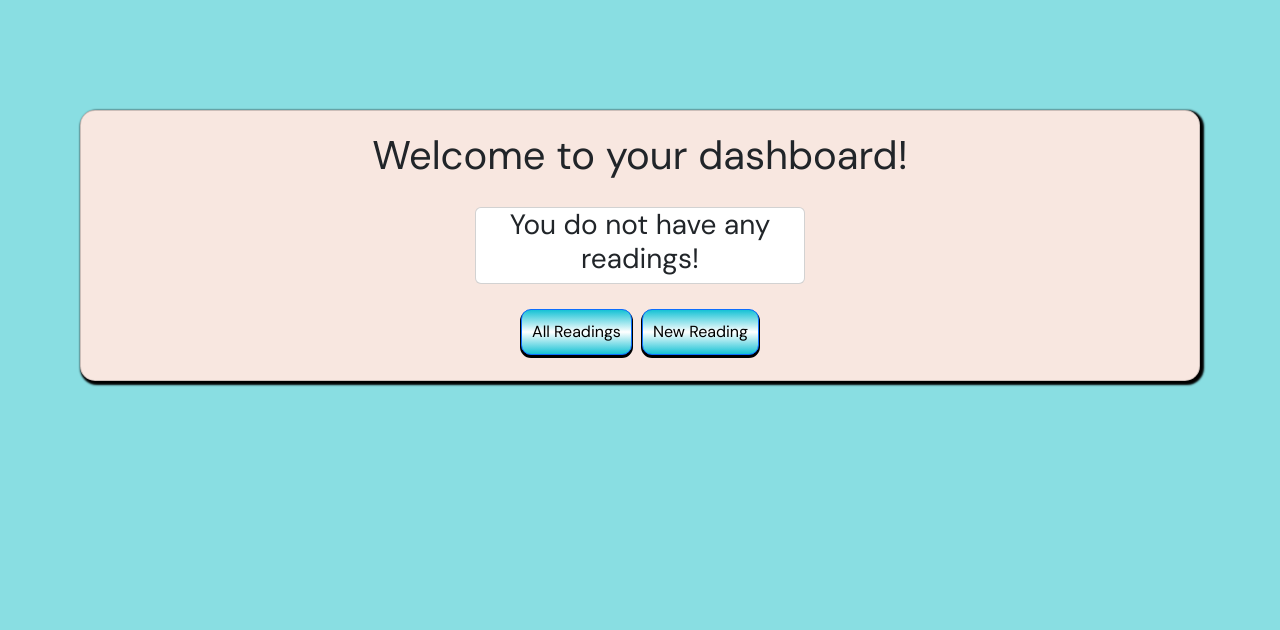
Repository: aiodell/my-glucose-checkup
Page: /dashboard (app in client/)
An editor plug-in stored every save of this project. The page is shown before and after the next save, followed by the edit.
The browser window is 1280 px wide. The pictures show the whole page.
The page's requests for data from a server got no answer. The project was rebuilt for these pictures with package versions that can differ from the ones it lists, and the page was loaded fresh each time. No one was signed in, and anything a server would have sent is missing. Also part of the build but not shown: client/src/components/Login.js, client/src/components/Signup.js, client/src/components/AllReadings.js, client/src/components/NewReading.js, client/src/components/Home.js, client/src/components/BglUpdateForm.js, client/src/components/BglEventDetails.js, client/src/components/NewBglEvent.js and 8 more.

Above is the page before, as saved 2022-10-06 07:15:57.

### client/src/index.js
import React from 'react';
import ReactDOM from 'react-dom/client';
import {BrowserRouter as Router} from "react-router-dom";
import 'bootstrap/dist/css/bootstrap.min.css';
import App from './App';

const root = ReactDOM.createRoot(document.getElementById('root'));
root.render(
  <React.StrictMode>
  <Router>
    <App />
  </Router>
  </React.StrictMode>
);

### client/src/App.js
import { useState, useEffect } from "react"
import { Switch, Route, useHistory } from "react-router-dom"
import NavBar from "./components/NavBar"
import Login from "./components/Login"
import Signup from "./components/Signup"
import Dashboard from "./components/Dashboard"
import AllReadings from "./components/AllReadings"
import NewReading from "./components/NewReading"
import Home from "./components/Home"
import BglEventDetails from "./components/BglEventDetails"
import NewBglEvent from "./components/NewBglEvent"
import Events from "./components/Events"
import UserProfile from "./components/UserProfile"
import CreateProfile from "./components/CreateProfile"
import AllUsers from "./components/AllUsers"
import './styles.css'

const App = () => {
  const [currentUser, setCurrentUser] = useState("")
  const [readings, setReadings] = useState([])
  const [events, setEvents] = useState([])
  const [users, setUsers] = useState([])
  const [following, setFollowing] = useState([])
  const history = useHistory()

  useEffect( () => {
    fetch(`/auto-login`)
    .then((r) => {
      if (r.ok) {
        r.json().then((user) => setCurrentUser(user))
      }else{
        history.push("/login")
      }
    })
  }, [ ])

	useEffect(() => {
		fetch("/events")
		.then((r) => r.json())
		.then(setEvents)
	}, [])

  useEffect(() => {
		fetch("/bgls")
		.then((r) => r.json())
		.then(setReadings)
	}, [])

  useEffect(() => {
    fetch("/users")
    .then((r) => r.json())
    .then(setUsers)
  }, [])

  useEffect(() => {
    fetch("/relationships")
    .then((r) => r.json())
    .then(setFollowing)
  }, [])

  const updateUser = (user) => setCurrentUser(user)

  const addNewReading = (newReading) => {setReadings(readings => [...readings, newReading])}

  const deleteReading = (deletedReading) => {
    setReadings((readings) => readings.filter((reading) => reading.id !== deletedReading))
  }

  const deleteEvent = (deletedEvent) => {
    setEvents((events) => events.filter((event) => event.id !== deletedEvent))
  }

  const updateBgl = (updatedBgl) => {
    setReadings((readings) => readings.map(bgl => bgl.id === updatedBgl.id ? updatedBgl : bgl))
  }

  // add follower to list
  const addNewFollow = (newFollow) => {
    setFollowing(following => [...following, newFollow])
    const copyOfCurrentUser = {...currentUser}
    copyOfCurrentUser.followees.push(newFollow)
    setCurrentUser(copyOfCurrentUser)
  }

  // delete follower from the list
  const deleteFollow = (deletedFollow) => {
    setFollowing((following) => following.filter((following) => following.id !== deletedFollow))
  }

  const removeCurrentFollowing = (deletedFollowee) => {
    const copyOfCurrentUser = {...currentUser}
    copyOfCurrentUser.followees = copyOfCurrentUser.followees.filter(followee => followee.followee_id !== deletedFollowee.followee_id)
    setCurrentUser(copyOfCurrentUser)
  }

   return (
   <div>
    <NavBar
      currentUser = {currentUser}
      updateUser = {updateUser}
    />
    <Switch>
      <Route exact path = "/login">
        <Login updateUser = {updateUser}/>
      </Route>
      <Route exact path = "/signup">
        <Signup />
      </Route>
      <Route exact path = "/dashboard">
        <Dashboard
        currentUser = {currentUser}
        readings = {readings}
        setReadings = {setReadings}
        following = {following}  // will be used to display the highs and lows of a user being followed
        users = {users}
        />
      </Route>
      <Route exact path= "/bgls/all">
        <AllReadings
        readings = {readings}
        setReadings = {setReadings}
        />
      </Route>
      <Route exact path= "/bgls/new">
        <NewReading addNewReading= {addNewReading} />
      </Route>
      <Route exact path= "/bgls/:id/">
        <BglEventDetails
          updateBgl = {updateBgl}
          deleteReading= {deleteReading}
          readings = {readings}
        />
      </Route>
      <Route exact path="/bgls/:id/bgl_events/new">
        <NewBglEvent events= {events}/>
      </Route>
      <Route exact path="/events">
        <Events
          deleteEvent = {deleteEvent}
          events = {events}
          setEvents = {setEvents}
        />
      </Route>
      <Route exact path= "/me">
        <UserProfile
        currentUser = {currentUser}
        users = {users}
        />
      </Route>
      <Route exact path = "/create-profile">
        <CreateProfile />
      </Route>
      <Route exact path= "/users">
        <AllUsers
        currentUser = {currentUser}
        users = {users}
        addNewFollow = {addNewFollow}
        deleteFollow = {deleteFollow}
        removeCurrentFollowing ={removeCurrentFollowing}
        />
      </Route>
      <Route exact path="/">
        <Home
        currentUser = {currentUser}
        setCurrentUser = {setCurrentUser}/>
      </Route>
    </Switch>
   </div>
  )
}

export default App;

### client/src/components/NavBar.js
import { useHistory, NavLink } from 'react-router-dom'
import Container from "react-bootstrap/Container"
import Nav from 'react-bootstrap/Nav';
import Navbar from 'react-bootstrap/Navbar';
import '../styles.css';

const NavBar = ({updateUser, currentUser}) => {
	const history = useHistory()

	// log out only available when logged in
	const handleLogout = (e) => {
		fetch(`/logout`, {
			method: 'DELETE'
		})
		.then(() => {
			updateUser("")
			history.push('/')
		})
	}

	return(
		<>
		{currentUser ?
			<Navbar bg="dark" variant="dark" expand="lg">
			<Container className="nav-bar">
				<Navbar.Brand>My Glucose Checkup</Navbar.Brand>
				<Navbar.Toggle aria-controls="basic-navbar-nav" />
				<Navbar.Collapse id="basic-navbar-nav"></Navbar.Collapse>
					<Nav className="me-auto">
						<NavLink className="nav-link" to="/dashboard">
							<Nav.Item>Dashboard</Nav.Item>
						</NavLink>
						<NavLink className="nav-link" to="/bgls/all">
							<Nav.Item>My BGLs</Nav.Item>
						</NavLink>
						<NavLink className="nav-link" to="/bgls/new">
							<Nav.Item>New Reading</Nav.Item>
						</NavLink>
						<NavLink className="nav-link" to="/me">
							<Nav.Item>My Account</Nav.Item>
						</NavLink>
						<NavLink className="nav-link" to="/users">
							<Nav.Item>All Users</Nav.Item>
						</NavLink>
						<Nav.Link onClick={handleLogout}>Logout</Nav.Link>
					</Nav>
			</Container>
		</Navbar> : null }
		</>
	)
}

export default NavBar

### client/src/components/Dashboard.js
import { useState, useEffect } from "react"
import {useHistory, Link, NavLink } from "react-router-dom"
import Container from "react-bootstrap/Container"
import Card from "react-bootstrap/Card"
import Button from "react-bootstrap/Button"
import Col from 'react-bootstrap/Col';
import Row from 'react-bootstrap/Row';

const Dashboard = ({currentUser}) => {
	const[readings, setReadings] = useState([])
	const[errors, setErrors] = useState([])
	const history= useHistory()

	// get the bgls for the user
	useEffect(() => {
		fetch("/bgls")
		.then(r => {
			if(r.ok){
				r.json().then(data => setReadings(data))
			}else{
				r.json().then(data => {
					setErrors(data.errors)
					history.push("/login")
				})
			}
		})
	}, [ ])

	// sort the highest, lowest, and most current value
	const lowestValue = [...readings].sort((a,b) => a.value - b.value)
	const highestValue = [...readings].sort((a,b) => b.value - a.value)
	const highestId =[...readings].sort((a,b) => b.id - a.id)

	const average = (arr) => {
		const { length } = arr
		return arr.reduce((acc, val) => {
			return acc + (val.value/length)
		}, 0)
	}

	const renderAverage = parseInt(average(readings))

	const renderLowest = lowestValue.slice(0,1).map((num) => {
		return(
			<Card>
				<h2 key={num.id}> Lowest: {num.value}</h2>
			<Link to= {`/bgls/${num.id}`} className="small-link"> View Details</Link>
			</Card>
		)
	})

	const renderHighest = highestValue.slice(0,1).map((num)=> {
		return(
			<Card>
				<h2 key={num.id}> Highest: {num.value}</h2>
				<Link to= {`/bgls/${num.id}`} className="small-link"> View Details</Link>
			</Card>
		)
	})

	const renderCurrent = highestId.slice(0,1).map((num) => {
		return(
		<>
			<Card >
				<Card.Body as="h1" key={num.id}> {num.value} </Card.Body>
			</Card>
			<Link to= {`/bgls/${num.id}`} className="small-link"> View Details</Link>
		</>
		)
	})

	// will return a dashboard alongside any highs and lows of followed users
	return(
		<Container className="container-style">
			{errors ? errors.map(e => <section>{e}</section>):null}
			<Card className="dash-container">
				{currentUser.first_name ? <h1 className="dash-title">
					Welcome to your dashboard, {currentUser.first_name} </h1>
					: <h1>Welcome to your dashboard!</h1> }
				{currentUser.admin ?
				<>
					<Row>
						<p>You are in admin mode</p>
							{renderCurrent}
					</Row>
					<Row className="low-high-avg">
						<Col>{renderLowest}</Col>
						<Col>
							<Card className="average-bgls">
							{renderAverage === 0 ? <h3> You do not have any readings!</h3> :
								<h2> Average: {renderAverage}</h2>
							}
							</Card>

						</Col>
						<Col>{renderHighest}</Col>
					</Row>
					<div>
						<NavLink to="/events">
							<Button className="btns" >All Events</Button>
						</NavLink>
						<NavLink to="/bgls/all">
							<Button className="btns">All Test Readings</Button>
						</NavLink>
						<NavLink to="/bgls/new">
							<Button className="btns">New Test Reading</Button>
						</NavLink>
					</div>
					<div>
						{/* Add updates from followed users here */}
					</div>
				</> :
				<>
					<Row>
						{renderCurrent}
					</Row>
						<Row className="low-high-avg">
							<Col>{renderLowest}</Col>
							<Col>
								<Card className="average-bgls">
									{renderAverage === 0 ? <h3> You do not have any readings!</h3> :
										<h2> Average: {renderAverage}</h2>
									}
								</Card>
							</Col>
							<Col>{renderHighest}</Col>
						</Row>
						<div>
							<NavLink to="/bgls/all">
								<Button className="btns">All Readings</Button>
							</NavLink>
							<NavLink to="/bgls/new">
								<Button className="btns">New Reading</Button>
							</NavLink>
						</div>
				</> }
			</Card>
		</Container>
	)
}

export default Dashboard

### client/src/styles.css
@import url('https://fonts.googleapis.com/css2?family=DM+Sans&display=swap');
@import url('https://fonts.googleapis.com/css2?family=Carter+One&family=DM+Sans&display=swap');

body {
  font-family: 'DM Sans', sans-serif;
  background-color:	#89dee2;
  margin: 0px;
}

/*Universal */
.btns {
  background-image: linear-gradient(#16c2d5, #ffffff,#16c2d5);
  color: rgb(0, 0, 0);
  padding: 10px;
  margin: 5px;
  text-align: center;
  border-radius: 10px;
  box-shadow: 0px 2px 0px 1px black;
  text-decoration: none;
}

.container-style{
  text-align: center;
  padding: 10px;
  position: relative;
}

.navbar-brand{
  font-family: 'Carter One', cursive;
  font-size: 2rem;
  text-align:left
}

/*Home Page */
.Home {
  text-align: center;
}

.home-background {
  background-color: #88c7b2;
  min-height: 100vh;
  display: flex;
  flex-direction: column;
  align-items: center;
  justify-content: center;
  font-size: calc(10px + 2vmin);
  color: white;
}

.welcome {
  font-family: 'Carter One', cursive;
  text-shadow: 2px 2px black;
  text-align: center;
}

.home-btn-div {
  align-content: center;
}

/*Forms */
.form-style{
  margin-top: 100px;
  border-radius: 20px;
  box-shadow: 0px 2px 0px 1px black;
  background-image: linear-gradient(#67eabe, #ffffff);
  color: rgb(0, 0, 0);
}
.title{
  padding: 20px;
  position: relative;
}

/*Dashbord */
.dash-container{
  margin-top: 100px;
  padding: 20px;
  background: #f8e7e0;
  box-shadow: 2px 2px 2px 2px black;
  border-radius: 15px;
  position: relative;
}

.current-bgl{
  align-content: center;
  margin-top: 20px;
  text-align: center;
  display: relative;
  position:relative;
}

.current-txt{
  text-align: center;
  font-size: 4rem;
  padding-top: 40px;
  padding-left: 5px;
  position: relative;
}

.low-high-avg{
  padding: 20px;
  position: relative;
}

.dash-title{
  font-family: 'Carter One', cursive;
  text-shadow: 2px 2px 2px black;
  color: white
}

/*Events */

.list{
  list-style: none;
  padding: 5px;
  font-size: 150%;
}

.event-container-style{
  text-align: center;
  padding: 10px;
  position: relative;
  margin: 5px;
}

.delete-btn{
  background-image: linear-gradient(#67eabe, #ffffff);
  color: rgb(0, 0, 0);
  padding: 5px;
  margin: 5px;
  text-align: center;
  box-shadow: 0px 2px 0px 1px black;
  text-decoration: none;
}
.event-card{
  vertical-align: middle;
  left: 39%;
  position: relative;
}

/*All bgls*/
.all-bgl-container-style{
  align-content: center;
  margin-top: 20px;
  text-align: center;
  display: relative;
  position:relative;
  max-width: 50%;
}

.link-text-style{
  text-decoration: none;
}

.pages {
  display: flex;
  justify-content: center;
  margin-top: 20px;
}

.bgl-card{
  margin: 10px;
  text-decoration: none;
  color: black;
  box-shadow: 0px 2px 0px 2px black;
}

.card-title{
  font-size: 150%;
}

.search {
  width: 50%;
  text-align: center;

  position: relative;
  display: block;
  margin: auto;
  padding: 2rem;
}

.searchTerm {
  text-align: center;
  width: 100%;
  border: 3px solid #004e59;
  padding: 5px;
  height: 3rem;
  border-radius: 5px;
  outline: none;
  font-size: 1.5rem;
}

/* Profile Completion Form */
.form-title{
  text-align: center;
  margin-top: 15px;
}

.profile-completion{
  text-align: center;
  padding: 15px;
  margin: 10px;
  box-shadow: 1px 2px 0px 1px black;
  background-image: linear-gradient(#eaeaea, #ffffff);
  color: rgb(0, 0, 0);
}

.profile-label{
  margin-bottom: 5px;
  margin-top: 10px;
}

.form-check{
  margin-top: 5px
}

/*profile container*/
.profile-container{
  align-content: center;
  margin-top: 20px;
  text-align: center;
  display: relative;
  position:relative;
  max-width: 50%;
}

Loaded but not shown: client/public/index.html (common file)

After the next save:
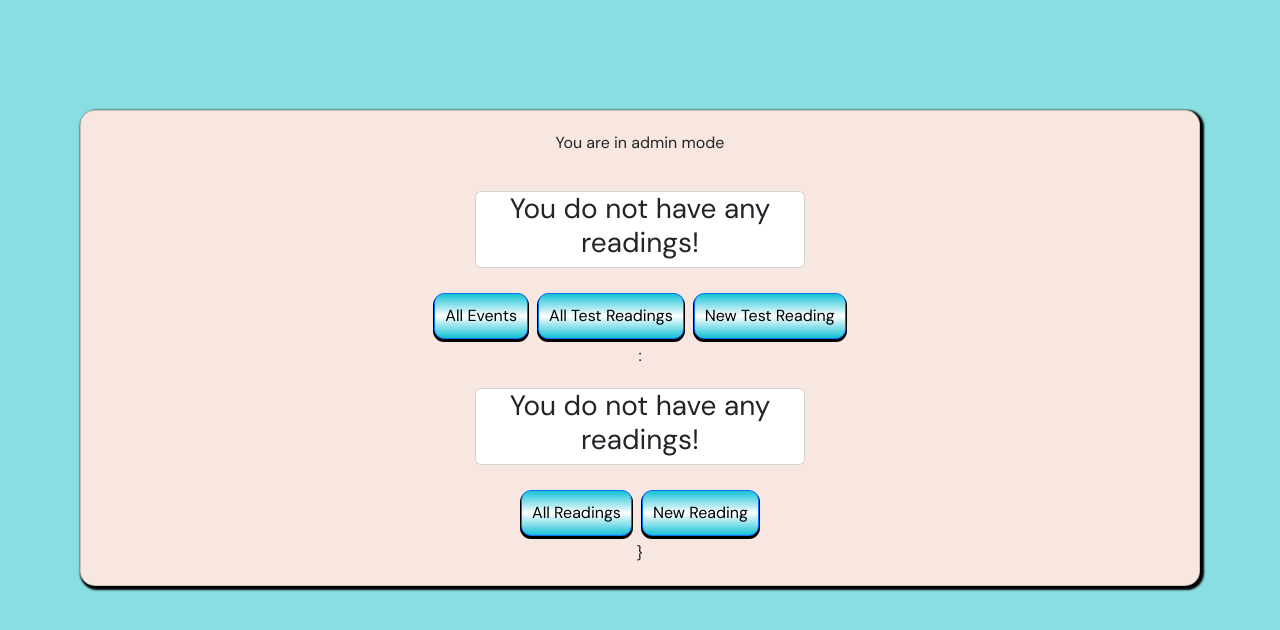
Saved 27 s later.
--- a/client/src/components/Dashboard.js
+++ b/client/src/components/Dashboard.js
@@ -74,10 +74,6 @@
 		<Container className="container-style">
 			{errors ? errors.map(e => <section>{e}</section>):null}
 			<Card className="dash-container">
-				{currentUser.first_name ? <h1 className="dash-title">
-					Welcome to your dashboard, {currentUser.first_name} </h1>
-					: <h1>Welcome to your dashboard!</h1> }
-				{currentUser.admin ?
 				<>
 					<Row>
 						<p>You are in admin mode</p>

After the save that followed:
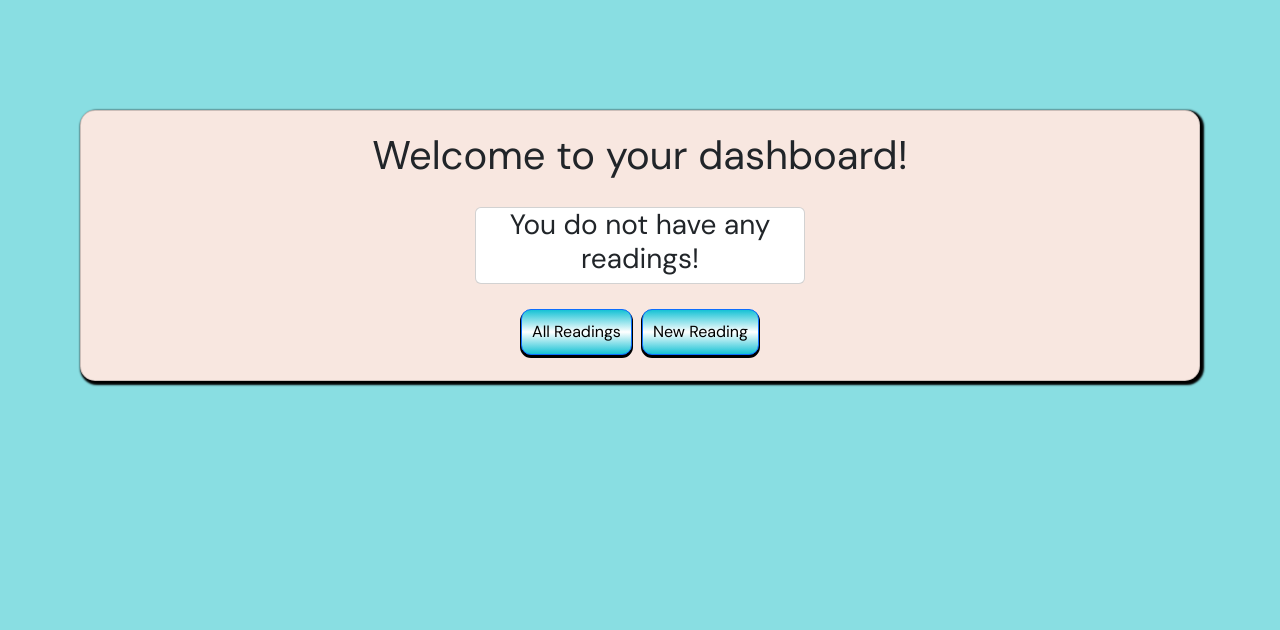
Saved 15 s later.
--- a/client/src/components/Dashboard.js
+++ b/client/src/components/Dashboard.js
@@ -74,6 +74,10 @@
 		<Container className="container-style">
 			{errors ? errors.map(e => <section>{e}</section>):null}
 			<Card className="dash-container">
+				{currentUser.first_name ? <h1 className="dash-title">
+					Welcome to your dashboard, {currentUser.first_name} </h1>
+					: <h1>Welcome to your dashboard!</h1> }
+				{currentUser.admin ?
 				<>
 					<Row>
 						<p>You are in admin mode</p>
